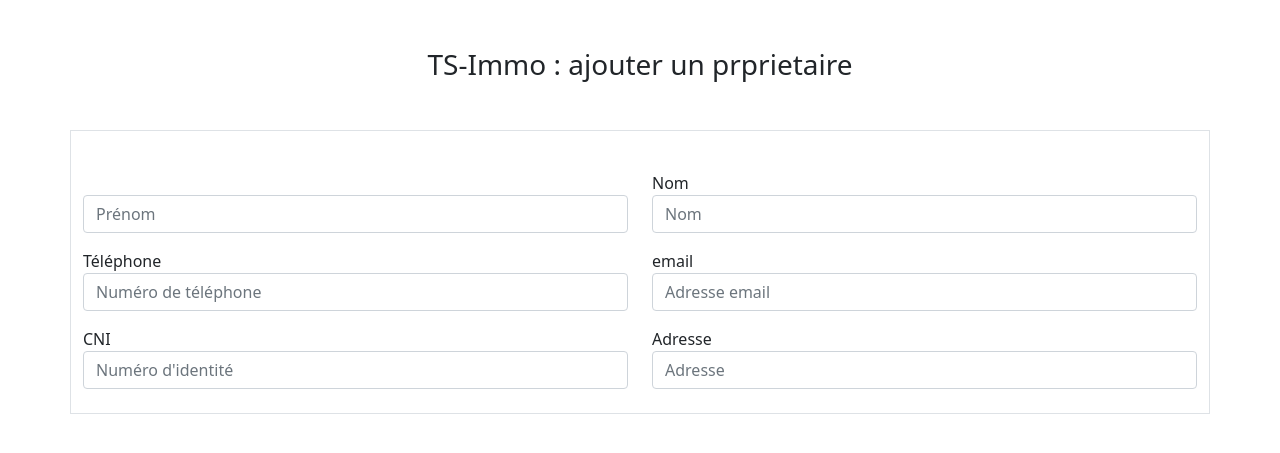
Repository: saliou-t/TS-IMMO
Page: http://localhost/src/views/proprietaire/new.html.php
These files come from the project's save history. The page is drawn as it stood at one moment and after the next save; the edit follows.
The browser window is 1280 px wide. The pictures show the whole page.
The page is run by PHP 8.4 with error messages shown; the project is at /var/www/html/.

Above is the page before, as saved 2022-04-03 01:12:01.

After the next save:
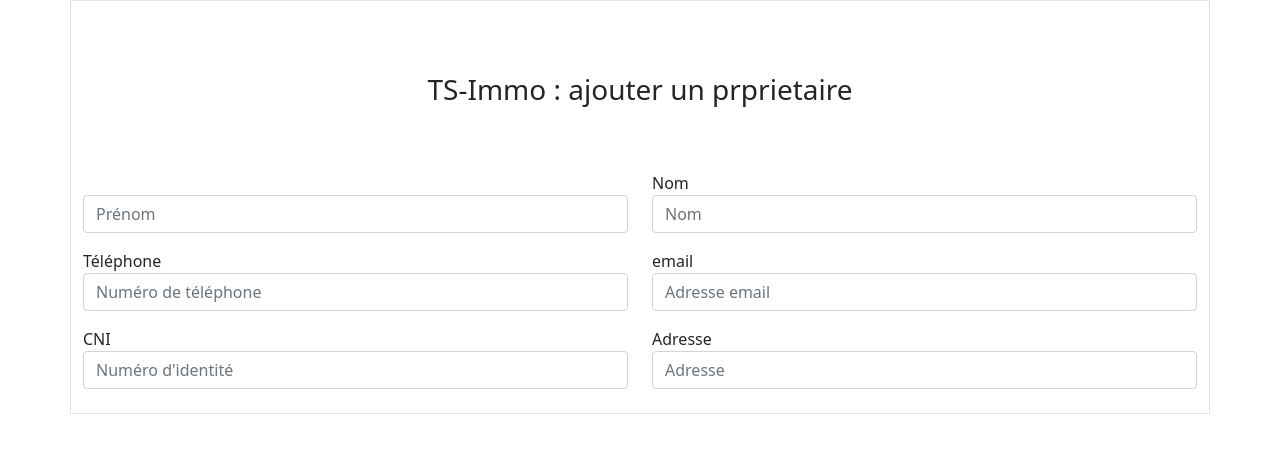
Saved 18 s later.
--- a/src/views/proprietaire/new.html.php
+++ b/src/views/proprietaire/new.html.php
@@ -11,8 +11,8 @@
 <body>
 
 <div class="container jumbotron">
-    <h3 class="text-center my-5">TS-Immo : ajouter un prprietaire</h3>
     <div class="row border py-4">
+        <h3 class="text-center my-5">TS-Immo : ajouter un prprietaire</h3>
         <form action="">
             <div class="row my-3">
                 <div class="col">
